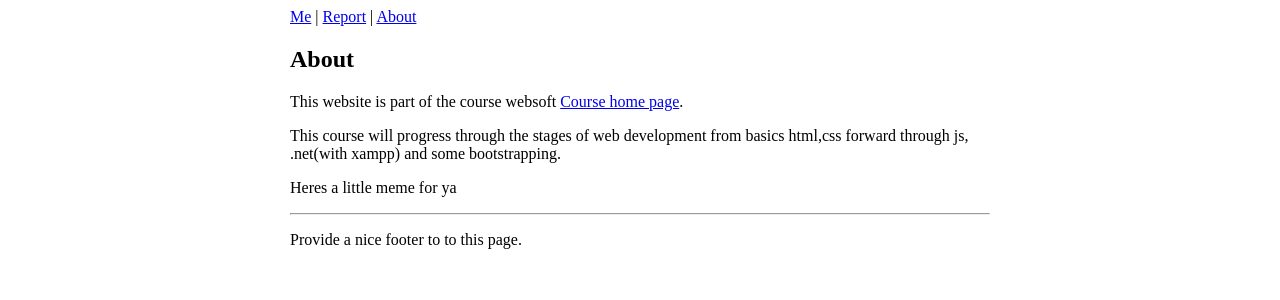
Repository: Webbprogrammering/websoft
Page: work/report/about.html
An editor plug-in stored every save of this project. The page is shown before and after a run of saves, followed by the edit.
The browser window is 1280 px wide. The pictures show the whole page.

Above is the page before, as saved 2020-01-24 07:27:35.

### work/report/about.html
<!doctype html>
<html lang="en">
<head>
    <meta charset="utf-8">
    <title>About this site</title>
    <link rel="stylesheet" href="css/style.css">
    <link rel="icon" href="favicon.ico">
</head>

<body>



    <header>
        <nav>
            <a href="https://john-daley.github.io/websoft/work/report/me">Me</a> |
            <a href="https://john-daley.github.io/websoft/work/report/report">Report</a> |
            <a href="https://john-daley.github.io/websoft/work/report/about">About</a>
        </nav>
    </header>


<article>

<h1>About</h1>

<p>This website is part of the course websoft <a href="https://www.hkr.se/kurs/DA377B/kursplan">Course home page</a>. <i></i></p>

<p>This course will progress through the stages of web development from basics html,css forward through js, .net(with xampp) and some bootstrapping.</p>

<p></p>

<p>Heres a little meme for ya</p>

</article>

<footer>
    <hr>
    <p>Provide a nice footer to to this page.</p>
</footer>

<script type="text/javascript" src="js/main.js"></script>
</body>
</html>

### work/report/css/style.css
/*
 * Comments are written as C++ style.
 */
html {
    overflow-y: scroll;
}

body {
    margin: 8px auto;
    background: #fff;
    width: 700px;
}

Loaded but not shown: work/report/js/main.js (common file)

After the next 4 saves:
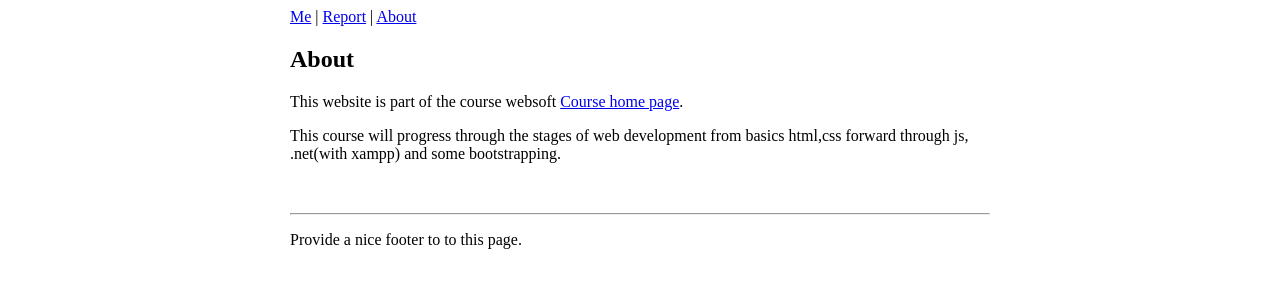
The 4 saves are shown as one change because they came seconds apart.
The last was saved 15 s later.
--- a/work/report/about.html
+++ b/work/report/about.html
@@ -30,7 +30,9 @@
 
 <p></p>
 
-<p>Heres a little meme for ya</p>
+<p>
+    <img src=""
+    Heres a little meme for ya</p>
 
 </article>
 
